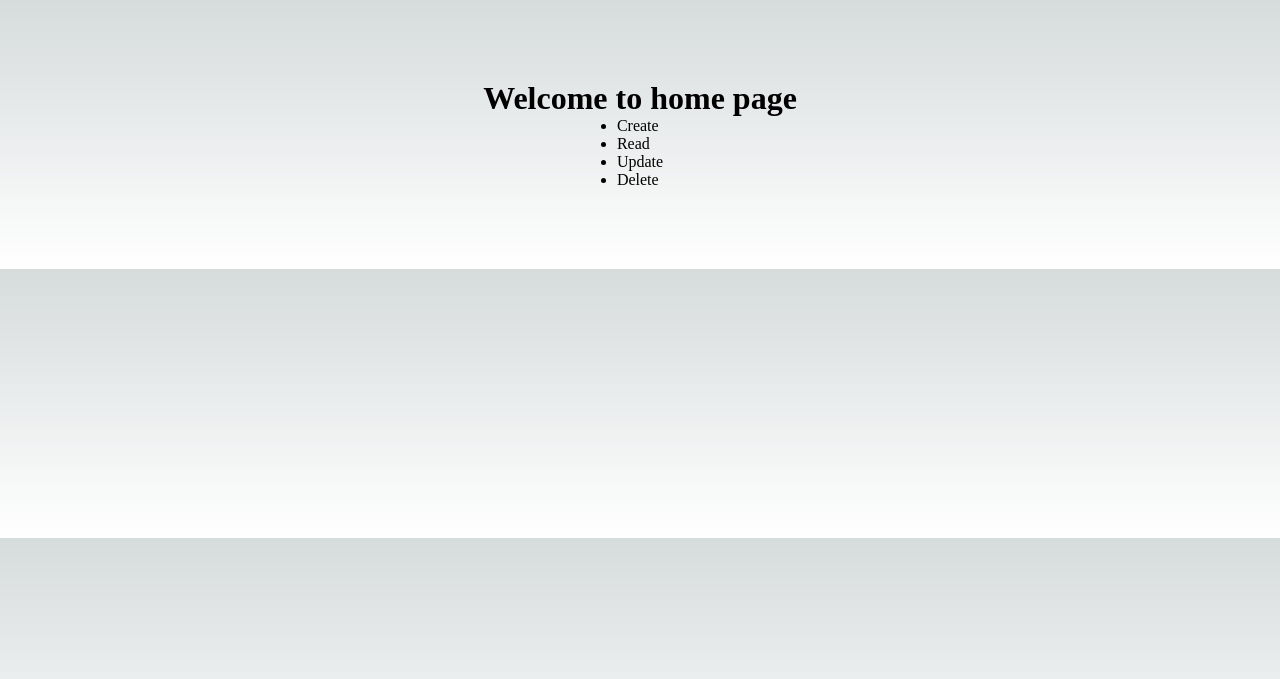
Repository: JacobSkilling-dot/playwright-example-week4
Page: /
An editor plug-in stored every save of this project. The page is shown before and after the next save, followed by the edit.
The browser window is 1280 px wide. The pictures show the whole page.
The project was rebuilt for these pictures with package versions that can differ from the ones it lists, and the page was loaded fresh each time. The framework's server and built-in components were replaced by stand-ins that run in the browser. Also part of the build but not shown: next.config.js.

Above is the page before, as saved 2023-01-23 11:00:24.

After the next save:
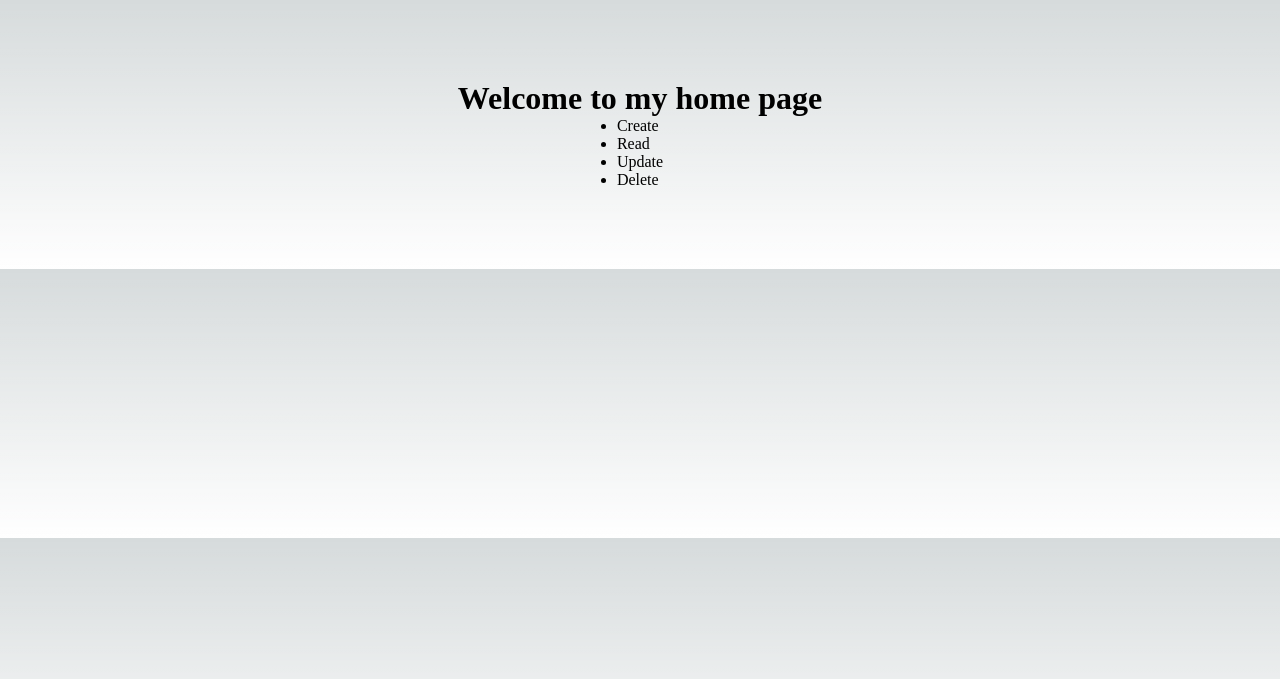
Saved 38 s later.
--- a/pages/index.js
+++ b/pages/index.js
@@ -15,7 +15,7 @@ export default function Home() {
         <link rel="icon" href="/favicon.ico" />
       </Head>
       <main className={styles.main}>
-        <h1>Welcome to home page</h1>
+        <h1>Welcome to my home page</h1>
         <ul>
           <li>Create</li>
           <li>Read</li>
